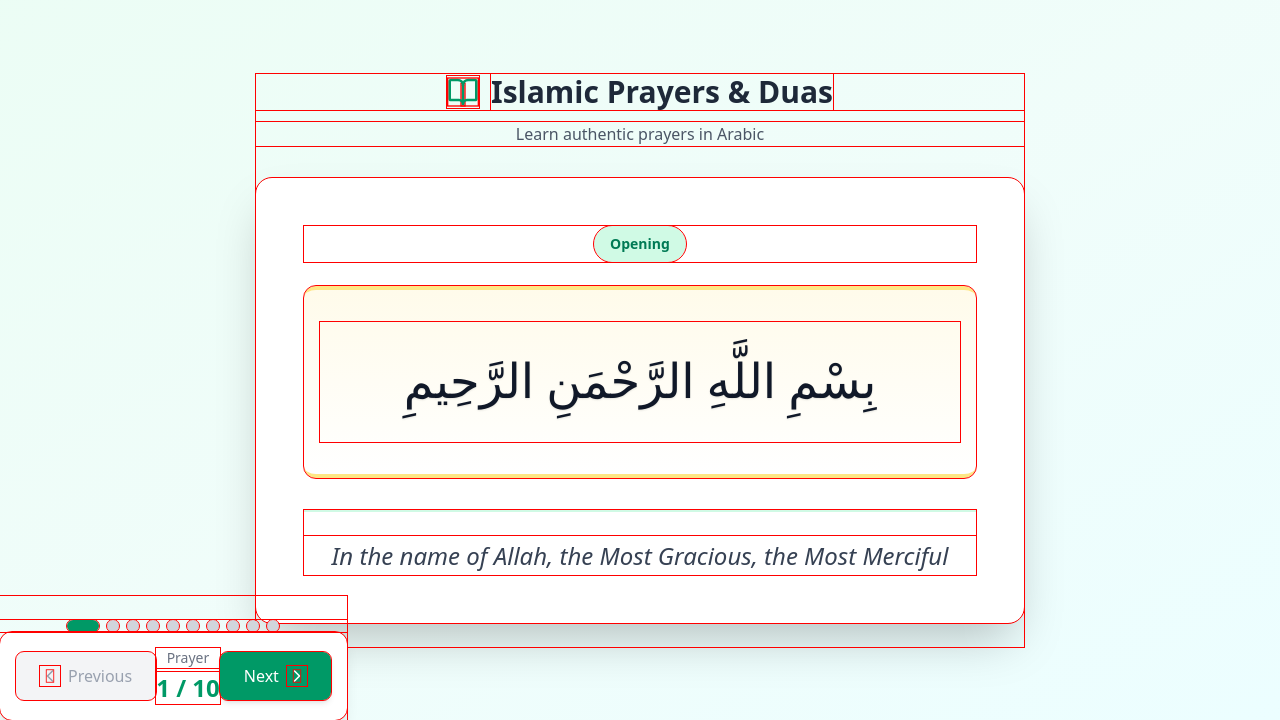
Repository: AbdulquddusMuhammad/prayerApp2.0
Page: /
These files come from the project's save history. The page is drawn as it stood at one moment and after the next save; the edit follows.
The browser window is 1280 px wide. The pictures show the whole page.
Some web fonts or font styles are not loaded; a fallback is used. The project was rebuilt for these pictures with package versions that can differ from the ones it lists, and the page was loaded fresh each time. Also part of the build but not shown: vite.config.js.

Above is the page before, as saved 2026-01-18 09:18:34.

### index.html
<!DOCTYPE html>
<html lang="en">
  <head>
    <meta charset="UTF-8" />
    <link rel="icon" type="image/sng" href="/prayerAppLogo.png" />
    <meta name="viewport" content="width=device-width, initial-scale=1.0" />
    <title>prayerapp2-0</title>
  </head>
  <body>
    <div id="root"></div>
    <script type="module" src="/src/main.jsx"></script>
  </body>
</html>

### src/main.jsx
import { registerSW } from "virtual:pwa-register";
import { StrictMode } from "react";
import { createRoot } from "react-dom/client";
import "./index.css";
import App from "./App.jsx";

createRoot(document.getElementById("root")).render(
  <StrictMode>
    <App />
  </StrictMode>
);

registerSW({
  onNeedRefresh() {},
  onOfflineReady() {},
});

### src/index.css
@import "tailwindcss";

* {
  outline: 1px solid red;
}

### src/App.jsx
import React, { useState } from "react";
import { ChevronLeft, ChevronRight, BookOpen } from "lucide-react";

const App = () => {
  // Load Quran-style Arabic fonts
  React.useEffect(() => {
    const link = document.createElement("link");
    link.href = "https://fonts.googleapis.com/css2?family=Amiri+Quran&family=Scheherazade+New:wght@400;700&display=swap";
    link.rel = "stylesheet";
    document.head.appendChild(link);
  }, []);
  // Arabic prayers and phrases stored in JavaScript object
  const prayersData = {
    prayers: [
      {
        id: 1,
        arabic: "بِسْمِ اللَّهِ الرَّحْمَنِ الرَّحِيمِ",
        translation: "In the name of Allah, the Most Gracious, the Most Merciful",
        category: "Opening",
      },
      {
        id: 2,
        arabic: "الْحَمْدُ لِلَّهِ رَبِّ الْعَالَمِينَ",
        translation: "All praise is due to Allah, Lord of all the worlds",
        category: "Praise",
      },
      {
        id: 3,
        arabic: "اللَّهُمَّ صَلِّ عَلَى مُحَمَّدٍ وَعَلَى آلِ مُحَمَّدٍ",
        translation: "O Allah, send blessings upon Muhammad and the family of Muhammad",
        category: "Salawat",
      },
      {
        id: 4,
        arabic: "سُبْحَانَ اللَّهِ وَالْحَمْدُ لِلَّهِ وَلَا إِلَهَ إِلَّا اللَّهُ وَاللَّهُ أَكْبَرُ",
        translation: "Glory be to Allah, and praise be to Allah, and there is no god but Allah, and Allah is the Greatest",
        category: "Dhikr",
      },
      {
        id: 5,
        arabic: "رَبَّنَا آتِنَا فِي الدُّنْيَا حَسَنَةً وَفِي الْآخِرَةِ حَسَنَةً وَقِنَا عَذَابَ النَّارِ",
        translation: "Our Lord, give us good in this world and good in the Hereafter, and protect us from the punishment of the Fire",
        category: "Dua",
      },
      {
        id: 6,
        arabic: "اللَّهُمَّ إِنِّي أَسْأَلُكَ الْهُدَى وَالتُّقَى وَالْعَفَافَ وَالْغِنَى",
        translation: "O Allah, I ask You for guidance, piety, chastity, and self-sufficiency",
        category: "Dua",
      },
      {
        id: 7,
        arabic: "رَبِّ اشْرَحْ لِي صَدْرِي وَيَسِّرْ لِي أَمْرِي",
        translation: "My Lord, expand my chest and make my task easy for me",
        category: "Dua",
      },
      {
        id: 8,
        arabic: "لَا إِلَهَ إِلَّا أَنْتَ سُبْحَانَكَ إِنِّي كُنْتُ مِنَ الظَّالِمِينَ",
        translation: "There is no deity except You; exalted are You. Indeed, I have been of the wrongdoers",
        category: "Dua",
      },
      {
        id: 9,
        arabic: "اللَّهُمَّ إِنِّي أَعُوذُ بِكَ مِنَ الْهَمِّ وَالْحَزَنِ",
        translation: "O Allah, I seek refuge in You from anxiety and grief",
        category: "Protection",
      },
      {
        id: 10,
        arabic: "حَسْبُنَا اللَّهُ وَنِعْمَ الْوَكِيلُ",
        translation: "Allah is sufficient for us, and He is the best Disposer of affairs",
        category: "Trust in Allah",
      },
    ],
  };

  const [currentIndex, setCurrentIndex] = useState(0);
  const currentPrayer = prayersData.prayers[currentIndex];

  const goToNext = () => {
    setCurrentIndex((prev) => (prev < prayersData.prayers.length - 1 ? prev + 1 : prev));
  };

  const goToPrevious = () => {
    setCurrentIndex((prev) => (prev > 0 ? prev - 1 : prev));
  };

  return (
    <div className="min-h-screen bg-gradient-to-br from-emerald-50 via-teal-50 to-cyan-50 flex items-center justify-center p-4">
      <div className="max-w-3xl w-full">
        {/* Header */}
        <div className="text-center mb-8">
          <div className="flex items-center justify-center gap-3 mb-3">
            <BookOpen className="w-8 h-8 text-emerald-600" />
            <h1 className="text-3xl font-bold text-gray-800">Islamic Prayers & Duas</h1>
          </div>
          <p className="text-gray-600">Learn authentic prayers in Arabic</p>
        </div>

        {/* Prayer Card */}
        <div className="bg-white rounded-2xl shadow-2xl p-8 md:p-12 mb-6">
          {/* Category Badge */}
          <div className="text-center mb-6">
            <span className="inline-block px-4 py-2 bg-emerald-100 text-emerald-700 text-sm font-semibold rounded-full">{currentPrayer.category}</span>
          </div>

          {/* Arabic Text - Quran Style */}
          <div className="mb-8 px-4 py-8 bg-gradient-to-b from-amber-50 to-transparent rounded-xl border-t-4 border-b-4 border-amber-200" dir="rtl">
            <p
              className="text-4xl md:text-5xl text-gray-900 leading-loose text-center"
              style={{
                fontFamily: "'Amiri Quran', 'Scheherazade New', 'Traditional Arabic', serif",
                lineHeight: "2.5",
                textShadow: "0 1px 2px rgba(0,0,0,0.1)",
              }}>
              {currentPrayer.arabic}
            </p>
          </div>

          {/* Translation */}
          <div className="border-t-2 border-emerald-100 pt-6">
            <p className="text-xl md:text-2xl text-gray-700 text-center italic leading-relaxed">{currentPrayer.translation}</p>
          </div>
        </div>

        <div className="fixed bottom-0 left-0">
          {/* Progress Dots */}
          <div className="flex justify-center gap-2 mt-6">
            {prayersData.prayers.map((_, index) => (
              <button key={index} onClick={() => setCurrentIndex(index)} className={`w-3 h-3 rounded-full transition-all ${index === currentIndex ? "bg-emerald-600 w-8" : "bg-gray-300 hover:bg-gray-400"}`} />
            ))}
          </div>
          {/* Navigation Controls */}
          <div className="flex items-center justify-between bg-white rounded-xl shadow-lg p-4">
            <button onClick={goToPrevious} disabled={currentIndex === 0} className={`flex items-center gap-2 px-6 py-3 rounded-lg font-medium transition-all ${currentIndex === 0 ? "bg-gray-100 text-gray-400 cursor-not-allowed" : "bg-emerald-600 text-white hover:bg-emerald-700 shadow-md"}`}>
              <ChevronLeft className="w-5 h-5" />
              Previous
            </button>

            <div className="text-center">
              <p className="text-sm text-gray-500 mb-1">Prayer</p>
              <p className="text-2xl font-bold text-emerald-600">
                {currentIndex + 1} / {prayersData.prayers.length}
              </p>
            </div>

            <button onClick={goToNext} disabled={currentIndex === prayersData.prayers.length - 1} className={`flex items-center gap-2 px-6 py-3 rounded-lg font-medium transition-all ${currentIndex === prayersData.prayers.length - 1 ? "bg-gray-100 text-gray-400 cursor-not-allowed" : "bg-emerald-600 text-white hover:bg-emerald-700 shadow-md"}`}>
              Next
              <ChevronRight className="w-5 h-5" />
            </button>
          </div>
        </div>
      </div>
    </div>
  );
};

export default App;

After the next save:
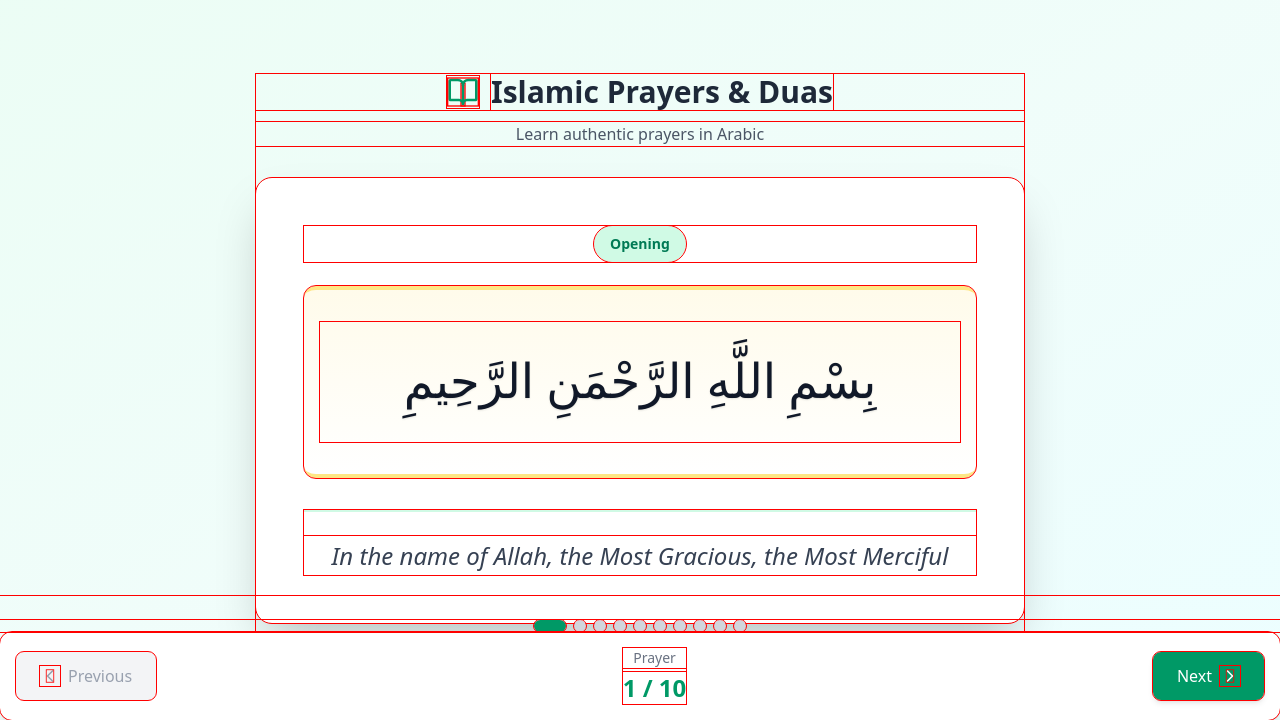
Saved 18 s later.
--- a/src/App.jsx
+++ b/src/App.jsx
@@ -124,7 +124,7 @@ const App = () => {
           </div>
         </div>
 
-        <div className="fixed bottom-0 left-0">
+        <div className="fixed bottom-0 left-0 right-0">
           {/* Progress Dots */}
           <div className="flex justify-center gap-2 mt-6">
             {prayersData.prayers.map((_, index) => (
